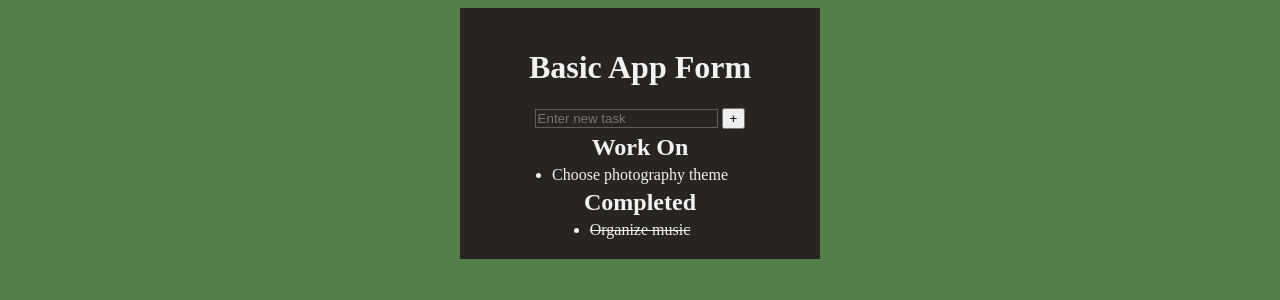
Repository: Kayla-amr/dgm_3760
Page: todoTemplate-W2/index.html
These files come from the project's save history. The page is drawn as it stood at one moment and after the next save; the edit follows.
The browser window is 1280 px wide. The pictures show the whole page.

Above is the page before, as saved 2022-10-17 17:40:56.

After the next save:
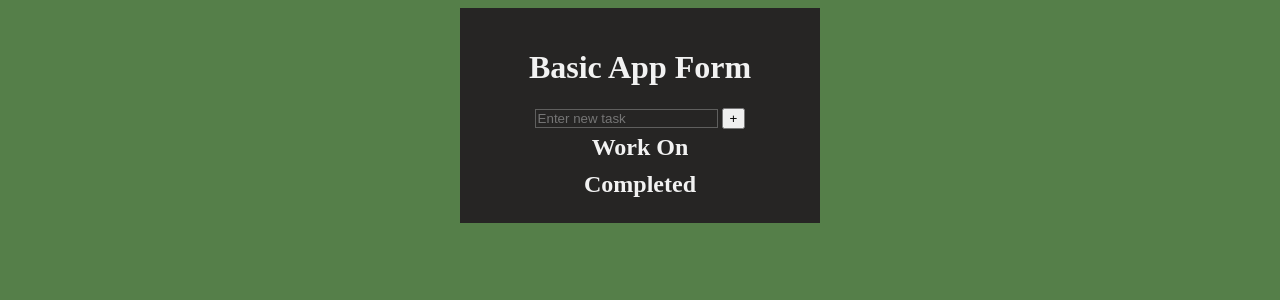
Console error: ReferenceError: addBtn is not defined
Saved 93 s later.
--- a/todoTemplate-W2/index.js
+++ b/todoTemplate-W2/index.js
@@ -39,8 +39,7 @@
 
 //add todos
 
-//store element object for the add task button
-const addBtn = document.querySelector('.addTask')
+
 
 addBtn.addEventListener('click', (event) => {
 	addTask()

After the 2 saves that followed:
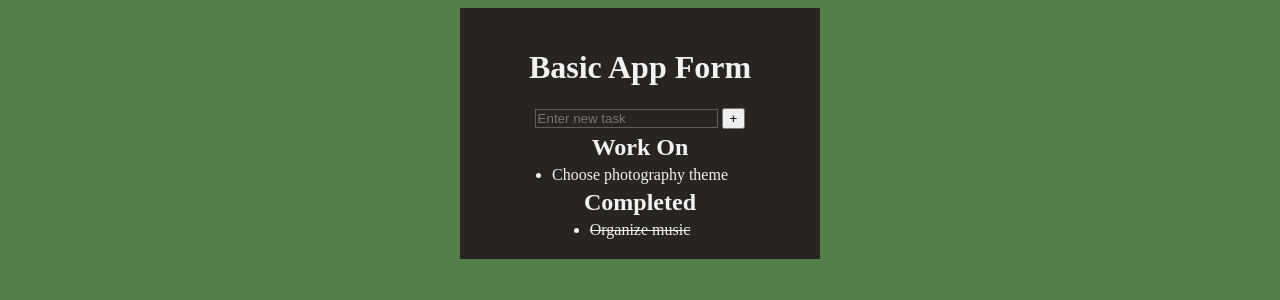
The error is gone.
The 2 saves are shown as one change because 1 left the picture as it was.
The last was saved 21 s later.
--- a/todoTemplate-W2/index.js
+++ b/todoTemplate-W2/index.js
@@ -41,9 +41,7 @@
 
 
 
-addBtn.addEventListener('click', (event) => {
-	addTask()
-})
+
 
 function addTask(){
   let userInput = document.querySelector('.userInput').value;
@@ -79,6 +77,8 @@
 
 //for complete and delete event listeners you will need to listen for events on the UL
 
+//store element object for the add task button
+const addBtn = document.querySelector('.addTask')
 //get a reference to the task container UL
 const todoTaskUl = document.querySelector('.todoTasks');
 const completedTaskUL = document.querySelector('.completedTasks');
